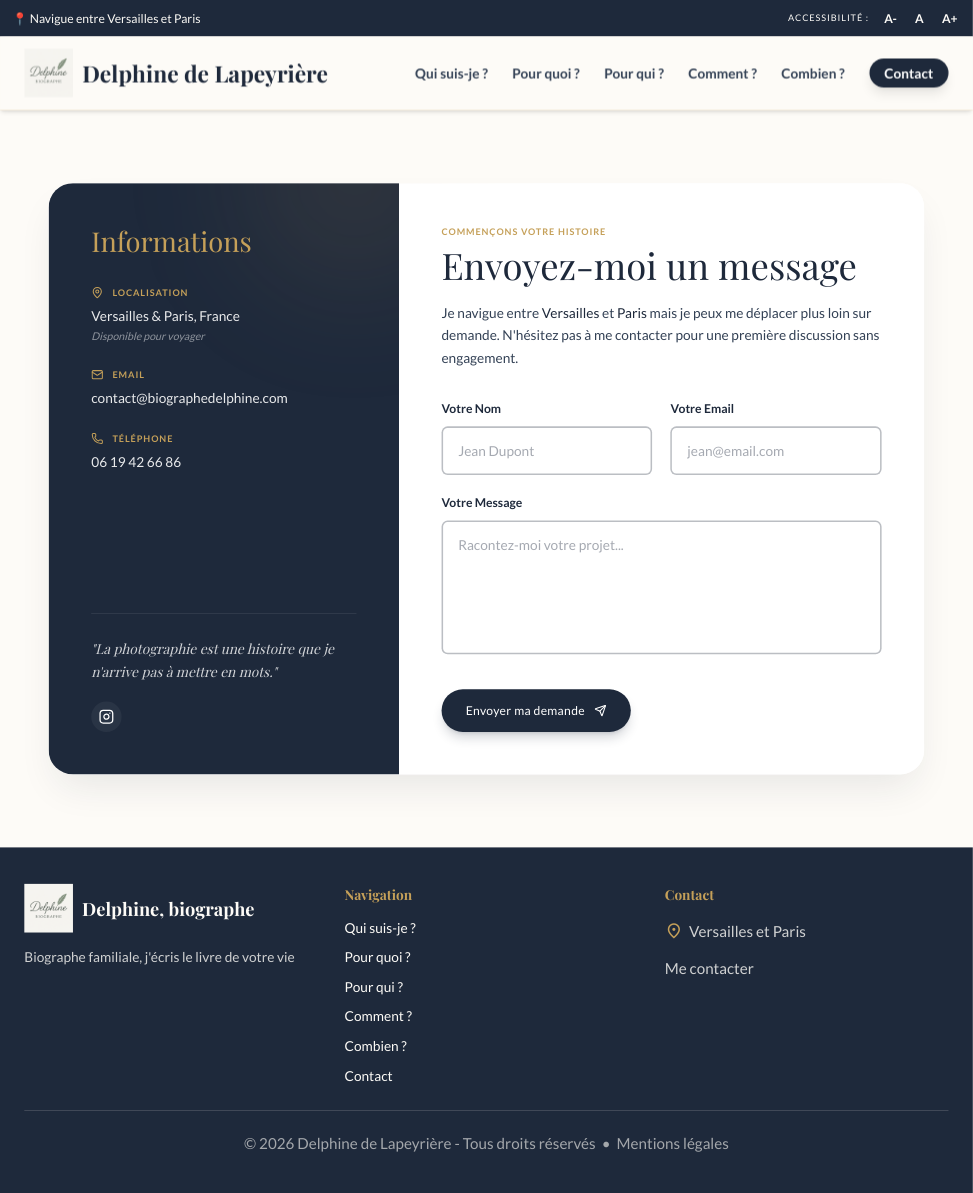
Repository: louisbdc/delphine-biographe
Page: /contact
An editor plug-in stored every save of this project. The page is shown before and after a run of saves, followed by the edit.
The browser window is 1280 px wide. The pictures show the whole page, at 76% of full size.
Some web fonts or font styles are not loaded; a fallback is used. The project was rebuilt for these pictures with package versions that can differ from the ones it lists, and the page was loaded fresh each time. The framework's server and built-in components were replaced by stand-ins that run in the browser. Also part of the build but not shown: next.config.js.

Above is the page before, as saved 2026-01-07 17:19:15.

### app/layout.tsx
import type { Metadata } from "next";
import "./globals.css";
import AccessibilityControls from "@/components/AccessibilityControls";
import Footer from "@/components/Footer";

export const metadata: Metadata = {
  title: "Delphine de Lapeyrière | Biographe Familiale",
  description: "Biographe familiale, j'écris le livre de votre vie",
  icons: {
    icon: "/logo.png",
  },
};

export default function RootLayout({
  children,
}: Readonly<{
  children: React.ReactNode;
}>) {
  return (
    <html lang="fr" className="scroll-smooth">
      <head>
        {/* Google Fonts: Playfair Display (Serif) & Lato (Sans) */}
        <link rel="preconnect" href="https://fonts.googleapis.com" />
        <link rel="preconnect" href="https://fonts.gstatic.com" crossOrigin="anonymous" />
        <link
          href="https://fonts.googleapis.com/css2?family=Lato:wght@400;700&family=Playfair+Display:ital,wght@0,400;0,700;1,400&display=swap"
          rel="stylesheet"
        />
        {/* Material Symbols for Icons */}
        <link
          rel="stylesheet"
          href="https://fonts.googleapis.com/css2?family=Material+Symbols+Outlined:opsz,wght,FILL,GRAD@24,400,0,0"
        />
      </head>
      <body
        className="font-sans antialiased text-navy overflow-x-hidden flex flex-col min-h-screen"
      >
        {/* Accessibility & Top Bar */}
        <div className="bg-navy text-cream py-2 px-4 flex justify-between items-center text-sm md:text-base">
          <span className="hidden md:inline">📍 Navigue entre Versailles et Paris</span>
          <AccessibilityControls />
        </div>
        <main className="flex-1">
          {children}
        </main>
        <Footer />
      </body>
    </html>
  );
}

### app/contact/page.tsx
import Navigation from "@/components/Navigation";
import { MapPin, Mail, Instagram, Send, Phone } from "lucide-react";

export default function ContactPage() {
  return (
    <>
      <Navigation />

      <main className="min-h-screen bg-[#FDFBF7] flex items-center justify-center py-24 px-4 sm:px-6">

        {/* CONTENEUR PRINCIPAL : Plus large (max-w-6xl) pour donner de l'espace */}
        <div className="w-full max-w-6xl bg-white rounded-[2rem] shadow-2xl shadow-navy/10 overflow-hidden flex flex-col lg:flex-row min-h-[700px]">

          {/* --- COLONNE GAUCHE (NAVY) : 35-40% de la largeur ---
              Sert d'ambiance et d'infos rapides.
          */}
          <div className="lg:w-[40%] bg-navy text-white p-10 md:p-14 relative flex flex-col justify-between">

            {/* Décoration de fond subtile */}
            <div className="absolute top-[-20%] right-[-20%] w-[300px] h-[300px] bg-gold/10 rounded-full blur-[80px] pointer-events-none"></div>

            <div className="relative z-10">
              <h3 className="font-serif text-3xl md:text-4xl text-gold mb-10">Informations</h3>

              <div className="space-y-8">
                <div className="group">
                  <p className="flex items-center gap-3 text-gold text-xs font-bold tracking-widest uppercase mb-2">
                    <MapPin className="w-4 h-4" /> Localisation
                  </p>
                  <p className="text-white/90 font-light text-lg">Versailles & Paris, France</p>
                  <p className="text-white/50 text-sm italic mt-1">Disponible pour voyager</p>
                </div>

                <div className="group">
                  <p className="flex items-center gap-3 text-gold text-xs font-bold tracking-widest uppercase mb-2">
                    <Mail className="w-4 h-4" /> Email
                  </p>
                  <a href="mailto:contact@biographedelphine.com" className="text-white/90 font-light text-lg hover:text-gold transition-colors">
                    contact@biographedelphine.com
                  </a>
                </div>

                <div className="group">
                  <p className="flex items-center gap-3 text-gold text-xs font-bold tracking-widest uppercase mb-2">
                    <Phone className="w-4 h-4" /> Téléphone
                  </p>
                  <p className="text-white/90 font-light text-lg">06 19 42 66 86</p>
                </div>
              </div>
            </div>

            {/* Citation et Social en bas */}
            <div className="relative z-10 mt-16 pt-8 border-t border-white/10">
              <p className="font-serif italic text-lg text-white/80 mb-6 leading-relaxed">
                "La photographie est une histoire que je n'arrive pas à mettre en mots."
              </p>
              <a href="#" className="inline-flex items-center justify-center w-10 h-10 rounded-full bg-white/5 hover:bg-gold hover:text-navy transition-all duration-300">
                <Instagram className="w-5 h-5" />
              </a>
            </div>
          </div>

          {/* --- COLONNE DROITE (BLANC) : 60-65% de la largeur ---
              Contient l'intro ET le formulaire, l'un sous l'autre pour maximiser la largeur.
          */}
          <div className="lg:w-[60%] p-10 md:p-14 bg-white relative">

            {/* En-tête de la section Contact */}
            <div className="mb-10">
              <span className="text-gold font-bold tracking-widest uppercase text-xs mb-3 block">
                Commençons votre histoire
              </span>
              <h2 className="text-4xl md:text-5xl font-serif text-navy mb-6">
                Envoyez-moi un message
              </h2>
              <p className="text-navy-light text-lg leading-relaxed max-w-2xl">
                Je navigue entre <strong className="text-navy font-medium">Versailles</strong> et <strong className="text-navy font-medium">Paris</strong> mais je peux me déplacer plus loin sur demande. N'hésitez pas à me contacter pour une première discussion sans engagement.
              </p>
            </div>

            {/* LE FORMULAIRE : Prend toute la largeur disponible maintenant */}
            <form className="space-y-6">
              <div className="grid grid-cols-1 md:grid-cols-2 gap-6">
                {/* Champ Nom */}
                <div className="relative">
                  <label htmlFor="name" className="block text-base font-semibold text-navy mb-3">Votre Nom</label>
                  <input
                    type="text"
                    id="name"
                    placeholder="Jean Dupont"
                    className="w-full px-5 py-4 rounded-lg bg-white border-2 border-navy/30 focus:border-gold focus:bg-white focus:outline-none focus:ring-2 focus:ring-gold/20 transition-all duration-300 placeholder:text-navy/40 text-navy text-lg"
                  />
                </div>

                {/* Champ Email */}
                <div className="relative">
                  <label htmlFor="email" className="block text-base font-semibold text-navy mb-3">Votre Email</label>
                  <input
                    type="email"
                    id="email"
                    placeholder="jean@email.com"
                    className="w-full px-5 py-4 rounded-lg bg-white border-2 border-navy/30 focus:border-gold focus:bg-white focus:outline-none focus:ring-2 focus:ring-gold/20 transition-all duration-300 placeholder:text-navy/40 text-navy text-lg"
                  />
                </div>
              </div>

              {/* Champ Message (Large) */}
              <div className="relative">
                <label htmlFor="message" className="block text-base font-semibold text-navy mb-3">Votre Message</label>
                <textarea
                  id="message"
                  rows={5}
                  placeholder="Racontez-moi votre projet..."
                  className="w-full px-5 py-4 rounded-lg bg-white border-2 border-navy/30 focus:border-gold focus:bg-white focus:outline-none focus:ring-2 focus:ring-gold/20 transition-all duration-300 placeholder:text-navy/40 text-navy text-lg resize-none"
                ></textarea>
              </div>

              {/* Bouton d'action - Aligné ou pleine largeur */}
              <div className="pt-4">
                <button type="submit" className="group flex items-center gap-3 bg-navy text-white px-8 py-4 rounded-full hover:bg-gold hover:text-navy transition-all duration-300 font-medium tracking-wide shadow-lg shadow-navy/20">
                  <span>Envoyer ma demande</span>
                  <Send className="w-4 h-4 group-hover:translate-x-1 transition-transform" />
                </button>
              </div>
            </form>

          </div>
        </div>
      </main>
    </>
  );
}

### app/globals.css
@tailwind base;
@tailwind components;
@tailwind utilities;

body {
  background-color: #FDFBF7;
  color: #1E293B;
  /* High contrast text */
}

/* Smooth fade-in animation */
.fade-in {
  animation: fadeIn 1.2s ease-in-out;
}

@keyframes fadeIn {
  from { opacity: 0; transform: translateY(10px); }
  to { opacity: 1; transform: translateY(0); }
}

/* Focus states for accessibility */
a:focus, button:focus {
  outline: 3px solid #C5A059;
  outline-offset: 2px;
}

/* Typography overrides for specific senior readability */
p {
  line-height: 1.8;
  font-size: 1.25rem; /* ~20px for excellent readability */
}

### components/AccessibilityControls.tsx
"use client";

import { useState, useEffect } from "react";

export default function AccessibilityControls() {
  // On démarre à 100% (1) par défaut
  const [currentZoom, setCurrentZoom] = useState(1);
  const [mounted, setMounted] = useState(false);

  // Au chargement de la page (côté client uniquement)
  useEffect(() => {
    setMounted(true);
    // 1. On essaie de récupérer une préférence existante
    const savedZoom = localStorage.getItem("user-font-zoom");
    if (savedZoom) {
      const zoomValue = parseFloat(savedZoom);
      setCurrentZoom(zoomValue);
      applyZoom(zoomValue);
    } else {
      // Si aucune préférence, on applique la valeur par défaut
      applyZoom(1);
    }
  }, []);

  // Fonction pour appliquer le zoom sur la balise HTML racine
  const applyZoom = (zoom: number) => {
    if (typeof document !== "undefined") {
      // On touche à l'élément racine <html> pour que les 'rem' de Tailwind s'adaptent
      document.documentElement.style.fontSize = `${100 * zoom}%`;
    }
  };

  const handleZoomChange = (newZoom: number) => {
    setCurrentZoom(newZoom);
    applyZoom(newZoom);
    // On sauvegarde le choix pour la prochaine visite
    localStorage.setItem("user-font-zoom", newZoom.toString());
  };

  const increaseText = () => {
    if (currentZoom < 1.3) { // Max 130%
      // On utilise toFixed pour éviter les problèmes de virgule flottante (0.1 + 0.2 != 0.3)
      const newVal = parseFloat((currentZoom + 0.1).toFixed(1));
      handleZoomChange(newVal);
    }
  };

  const decreaseText = () => {
    if (currentZoom > 0.9) { // Min 90%
      const newVal = parseFloat((currentZoom - 0.1).toFixed(1));
      handleZoomChange(newVal);
    }
  };

  const resetText = () => {
    handleZoomChange(1); // Retour à 100%
  };

  // Pour éviter les erreurs d'hydratation (différence serveur/client),
  // on n'affiche rien tant que le composant n'est pas monté.
  if (!mounted) return null;

  return (
    <div className="flex items-center gap-4" id="accessibility-controls">
      <span className="uppercase tracking-widest text-xs hidden sm:inline">Accessibilité :</span>
      <button
        onClick={decreaseText}
        className="hover:text-gold font-bold p-1 transition-colors"
        aria-label="Diminuer la taille du texte"
        title="Réduire le texte"
      >
        A-
      </button>
      <button
        onClick={resetText}
        className="hover:text-gold font-bold p-1 transition-colors"
        aria-label="Taille du texte par défaut"
        title="Taille par défaut"
      >
        A
      </button>
      <button
        onClick={increaseText}
        className="hover:text-gold font-bold p-1 transition-colors"
        aria-label="Augmenter la taille du texte"
        title="Agrandir le texte"
      >
        A+
      </button>
    </div>
  );
}

### components/Footer.tsx
export default function Footer() {
  const currentYear = new Date().getFullYear();

  return (
    <footer className="bg-navy text-cream mt-auto">
      <div className="container mx-auto px-4 md:px-8 py-8 md:py-12">
        <div className="grid grid-cols-1 md:grid-cols-3 gap-8 md:gap-12">
          {/* Logo & Description */}
          <div className="flex flex-col items-center md:items-start">
            <div className="flex items-center gap-3 mb-4">
              <img
                src="/logo.png"
                alt="Delphine de Lapeyrière - Biographe"
                className="h-12 md:h-16 w-auto"
              />
              <span className="text-xl md:text-2xl font-serif font-bold text-cream">
                Delphine, biographe
              </span>
            </div>
            <p className="text-cream/80 text-center md:text-left text-base-lg">
              Biographe familiale, j&apos;écris le livre de votre vie
            </p>
          </div>

          {/* Navigation Links */}
          <div className="flex flex-col items-center md:items-start">
            <h3 className="text-lg font-serif font-bold mb-4 text-gold">
              Navigation
            </h3>
            <ul className="flex flex-col gap-3 text-base-lg">
              <li>
                <a
                  href="/qui-suis-je"
                  className="hover:text-gold transition-colors underline-offset-4 hover:underline"
                >
                  Qui suis-je ?
                </a>
              </li>
              <li>
                <a
                  href="/pour-quoi-faire"
                  className="hover:text-gold transition-colors underline-offset-4 hover:underline"
                >
                  Pour quoi ?
                </a>
              </li>
              <li>
                <a
                  href="/pour-qui"
                  className="hover:text-gold transition-colors underline-offset-4 hover:underline"
                >
                  Pour qui ?
                </a>
              </li>
              <li>
                <a
                  href="/comment"
                  className="hover:text-gold transition-colors underline-offset-4 hover:underline"
                >
                  Comment ?
                </a>
              </li>
              <li>
                <a
                  href="/combien"
                  className="hover:text-gold transition-colors underline-offset-4 hover:underline"
                >
                  Combien ?
                </a>
              </li>
              <li>
                <a
                  href="/contact"
                  className="hover:text-gold transition-colors underline-offset-4 hover:underline"
                >
                  Contact
                </a>
              </li>
            </ul>
          </div>

          {/* Contact Info */}
          <div className="flex flex-col items-center md:items-start">
            <h3 className="text-lg font-serif font-bold mb-4 text-gold">
              Contact
            </h3>
            <div className="flex flex-col gap-3 text-base-lg text-cream/80">
              <p className="flex items-center gap-2">
                <span className="material-symbols-outlined text-gold">location_on</span>
                <span>Versailles et Paris</span>
              </p>
              <p>
                <a
                  href="/contact"
                  className="hover:text-gold transition-colors underline-offset-4 hover:underline"
                >
                  Me contacter
                </a>
              </p>
            </div>
          </div>
        </div>

        {/* Copyright */}
        <div className="border-t border-cream/20 mt-8 pt-6 text-center text-cream/60 text-sm md:text-base">
          <p className="flex flex-wrap justify-center items-center gap-2">
            <span>© {currentYear} Delphine de Lapeyrière - Tous droits réservés</span>
            <span>•</span>
            <a
              href="/mentions-legales"
              className="hover:text-gold transition-colors underline-offset-4 hover:underline"
            >
              Mentions légales
            </a>
          </p>
        </div>
      </div>
    </footer>
  );
}

### components/Navigation.tsx
export default function Navigation() {
  return (
    <nav className="sticky top-0 z-50 bg-cream/95 backdrop-blur-sm shadow-md border-b border-gold/20">
      <div className="container mx-auto px-4 md:px-8 py-4 flex flex-col md:flex-row justify-between items-center">
        {/* Logo */}
        <a
          href="/"
          className="mb-4 md:mb-0 hover:opacity-80 transition-opacity flex items-center gap-3"
        >
          <img
            src="/logo.png"
            alt="Delphine de Lapeyrière - Biographe"
            className="h-12 md:h-16 w-auto"
          />
          <span className="text-2xl md:text-3xl font-serif font-bold text-navy">
            Delphine de Lapeyrière
          </span>
        </a>

        {/* Menu items */}
        <ul className="flex flex-wrap justify-center gap-4 md:gap-8 text-lg font-semibold text-navy-light">
          <li>
            <a
              href="/qui-suis-je"
              className="hover:text-old-rose transition-colors decoration-gold underline-offset-4 hover:underline"
            >
              Qui suis-je ?
            </a>
          </li>
          <li>
            <a
              href="/pour-quoi-faire"
              className="hover:text-old-rose transition-colors decoration-gold underline-offset-4 hover:underline"
            >
              Pour quoi ?
            </a>
          </li>
          <li>
            <a
              href="/pour-qui"
              className="hover:text-old-rose transition-colors decoration-gold underline-offset-4 hover:underline"
            >
              Pour qui ?
            </a>
          </li>
          <li>
            <a
              href="/comment"
              className="hover:text-old-rose transition-colors decoration-gold underline-offset-4 hover:underline"
            >
              Comment ?
            </a>
          </li>
          <li>
            <a
              href="/combien"
              className="hover:text-old-rose transition-colors decoration-gold underline-offset-4 hover:underline"
            >
              Combien ?
            </a>
          </li>
          <li>
            <a
              href="/contact"
              className="px-5 py-2 bg-navy text-white rounded-full hover:bg-navy-light transition-colors shadow-lg transform hover:-translate-y-0.5"
            >
              Contact
            </a>
          </li>
        </ul>
      </div>
    </nav>
  );
}

### tailwind.config.ts
import type { Config } from "tailwindcss";

const config: Config = {
  content: [
    "./pages/**/*.{js,ts,jsx,tsx,mdx}",
    "./components/**/*.{js,ts,jsx,tsx,mdx}",
    "./app/**/*.{js,ts,jsx,tsx,mdx}",
  ],
  theme: {
    extend: {
      colors: {
        'cream': '#FDFBF7',
        'cream-dark': '#F5F2EB',
        'navy': '#1E293B',
        'navy-light': '#334155',
        'sage': '#4F6F52',
        'gold': '#C5A059',
        'old-rose': '#B76E79',
      },
      fontFamily: {
        serif: ['"Playfair Display"', 'serif'],
        sans: ['"Lato"', 'sans-serif'],
      },
      fontSize: {
        'base-lg': '1.125rem', /* 18px minimum for body */
      }
    },
  },
  plugins: [],
};
export default config;

After the next 4 saves:
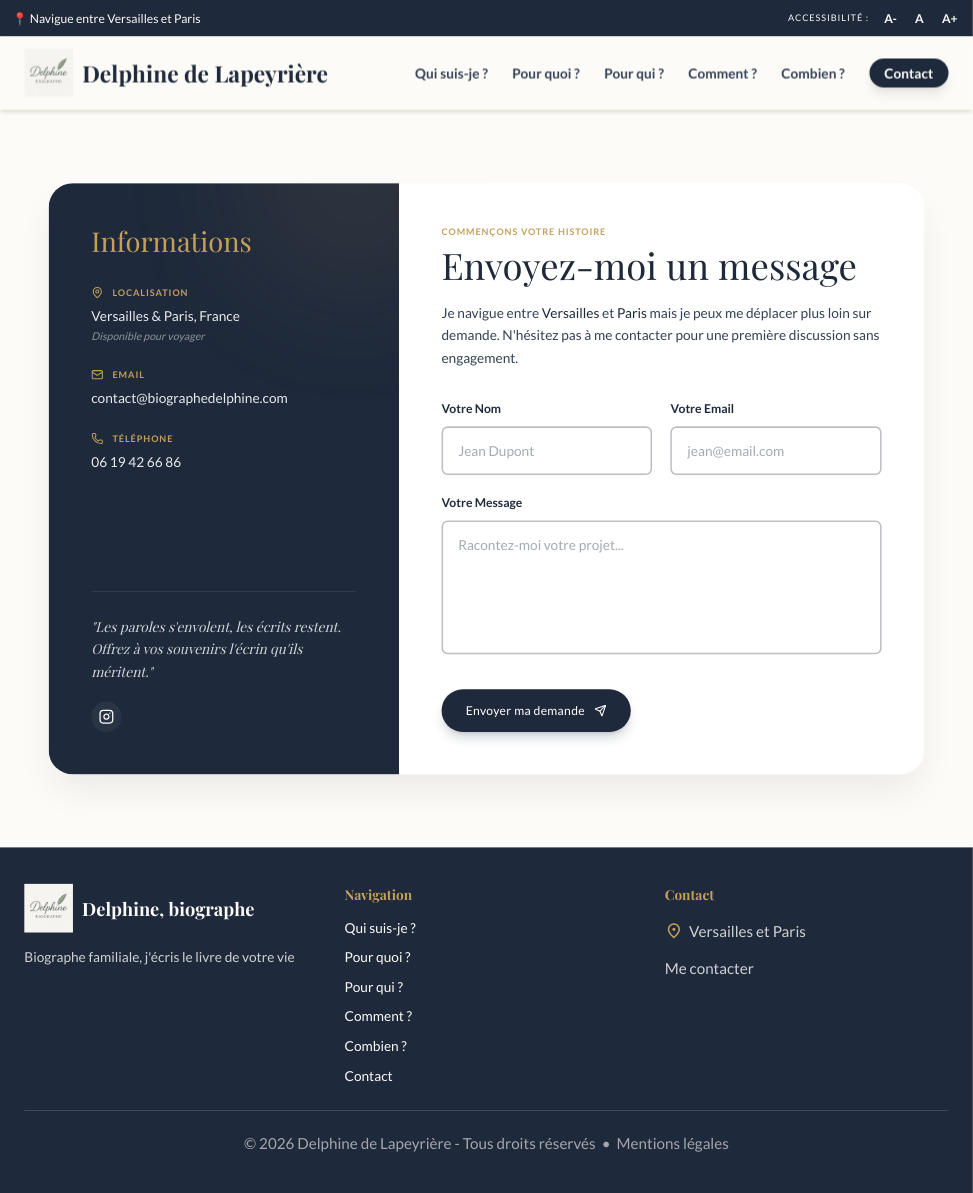
The 4 saves are shown as one change because they came seconds apart.
The last was saved 5 min 6 s later.
--- a/app/contact/page.tsx
+++ b/app/contact/page.tsx
@@ -52,7 +52,7 @@ export default function ContactPage() {
             {/* Citation et Social en bas */}
             <div className="relative z-10 mt-16 pt-8 border-t border-white/10">
               <p className="font-serif italic text-lg text-white/80 mb-6 leading-relaxed">
-                "La photographie est une histoire que je n'arrive pas à mettre en mots."
+                "Les paroles s'envolent, les écrits restent. Offrez à vos souvenirs l'écrin qu'ils méritent."
               </p>
               <a href="#" className="inline-flex items-center justify-center w-10 h-10 rounded-full bg-white/5 hover:bg-gold hover:text-navy transition-all duration-300">
                 <Instagram className="w-5 h-5" />
